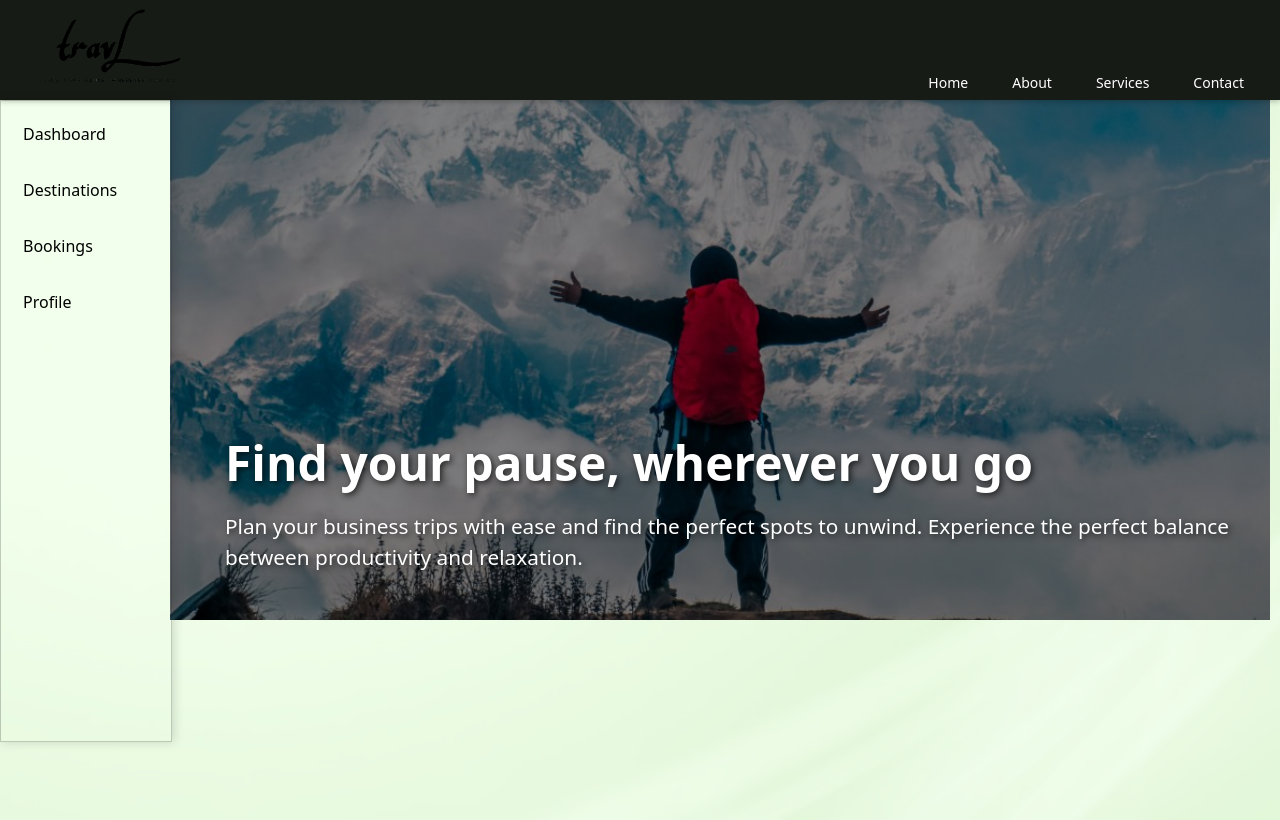
Repository: Nakib-Arman/Javafest25---travL
Page: / (app in Frontend/)
The author's editor kept a copy of each file at every save. The page is drawn from the files as they stood at one save, then again after the next save.
The browser window is 1280 px wide. The pictures show the whole page.
Pictures or frames that could not be fetched are drawn as grey boxes. The project was rebuilt for these pictures with package versions that can differ from the ones it lists, and the page was loaded fresh each time. Also part of the build but not shown: Frontend/vite.config.js.

Above is the page before, as saved 2025-08-13 12:25:05.

After the next save:
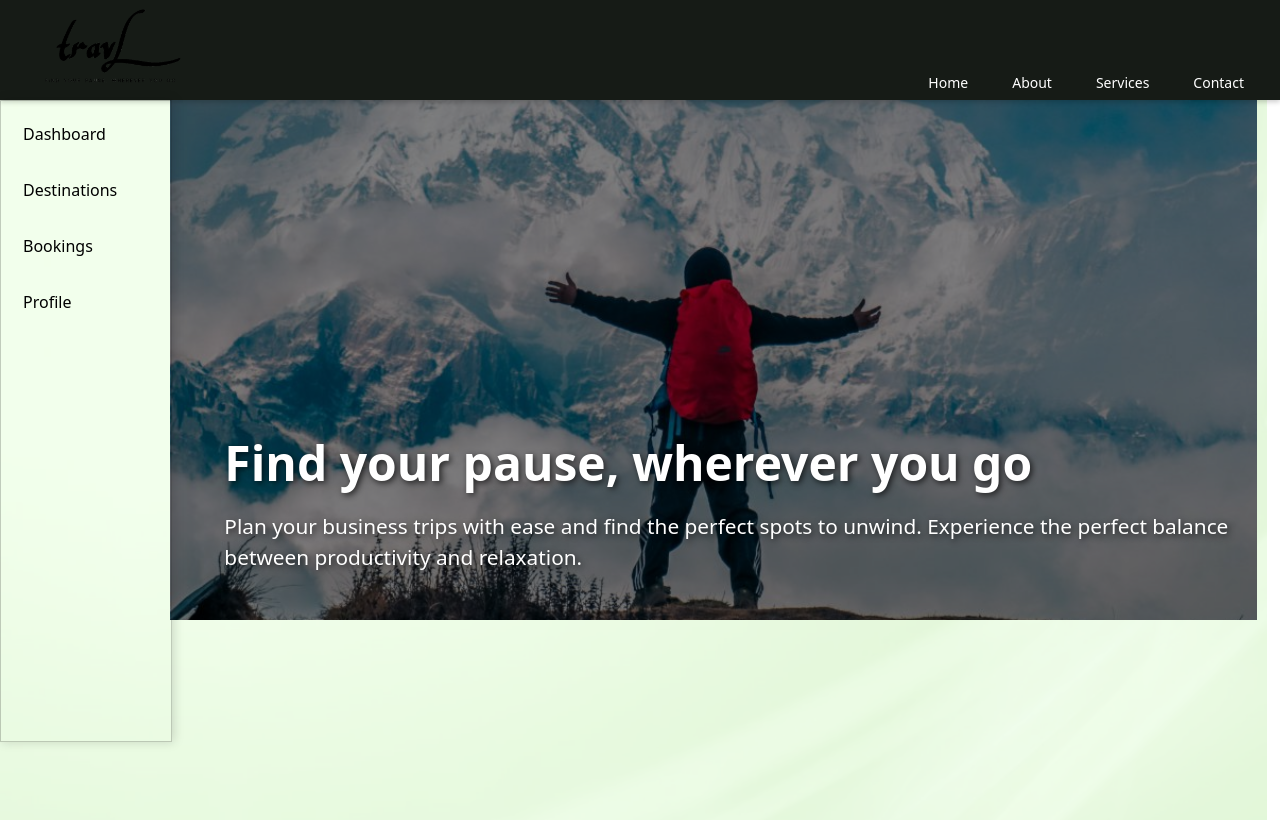
Saved 30 s later.
--- a/Frontend/src/CSS/Home.css
+++ b/Frontend/src/CSS/Home.css
@@ -3,7 +3,7 @@
     padding: 0;
 
     height: 100vh;
-    width: 100vw;
+    width: 99vw;
 
     background-image: url('../assets/background2.jpg');
     background-position: center;

After the save that followed:
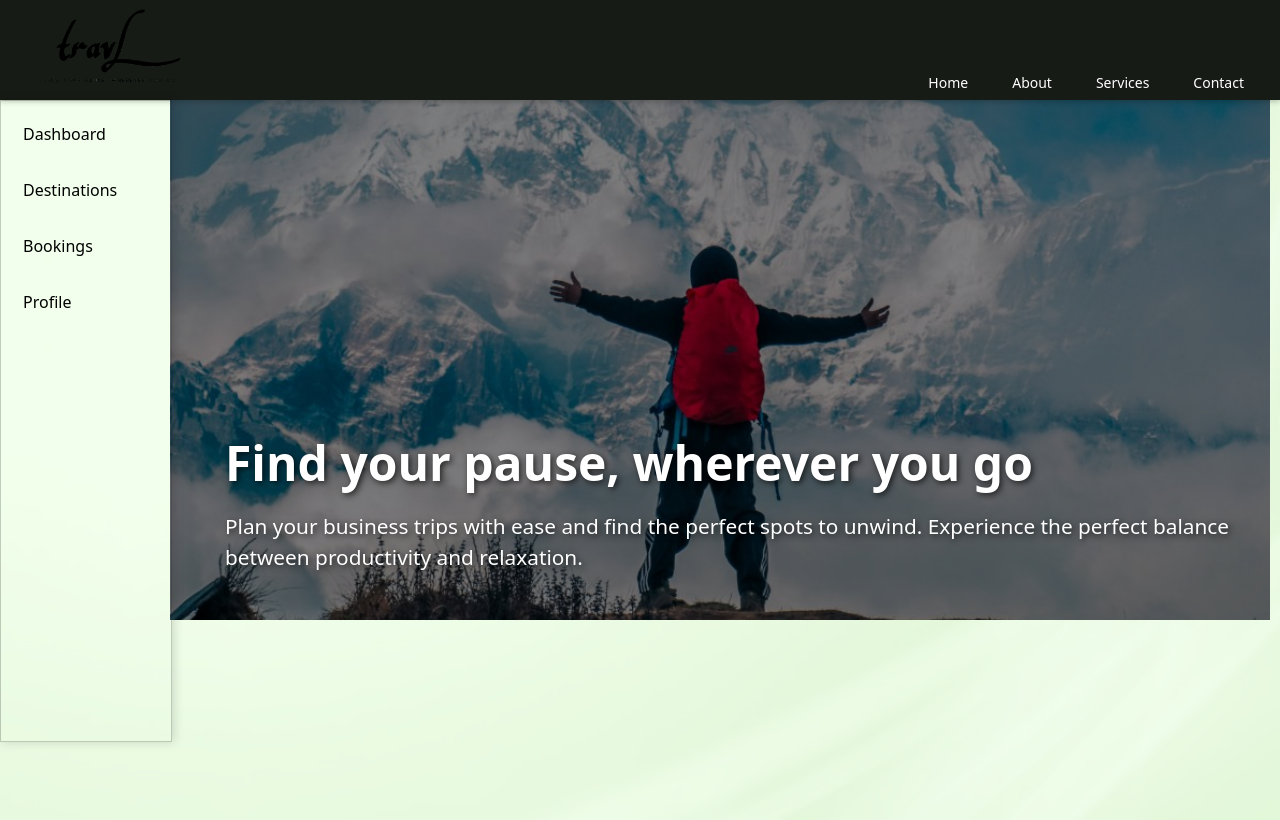
Saved 5 s later.
--- a/Frontend/src/CSS/Home.css
+++ b/Frontend/src/CSS/Home.css
@@ -3,7 +3,7 @@
     padding: 0;
 
     height: 100vh;
-    width: 99vw;
+    width: 100vw;
 
     background-image: url('../assets/background2.jpg');
     background-position: center;
